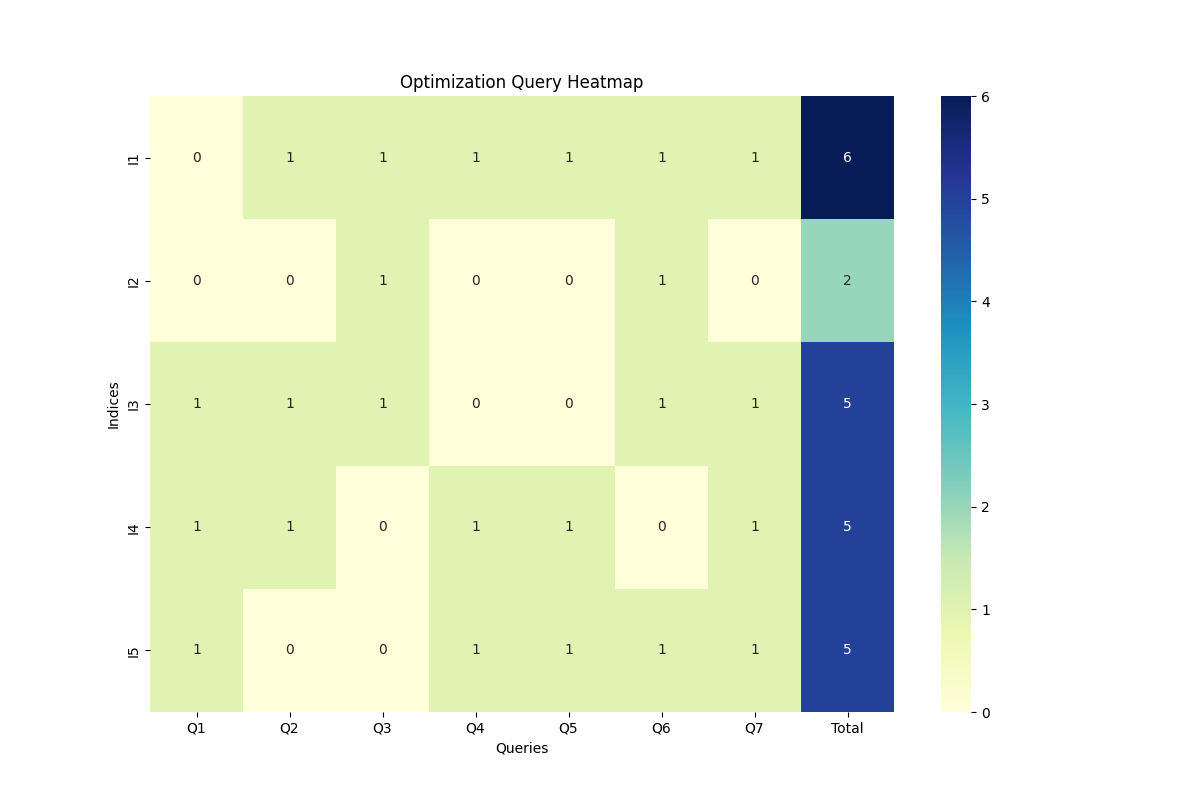
Repository: MarioPasc/Base-de-Datos-Microbiomas
Script's output: python src/mongodb_performance_analysis.py
An editor plug-in stored every save of this project. The script's output is shown before and after the next save, followed by the edit.
Random numbers start from a fixed seed.

Above is the script's output before, as saved 2024-06-03 17:33:57.

After the next save:
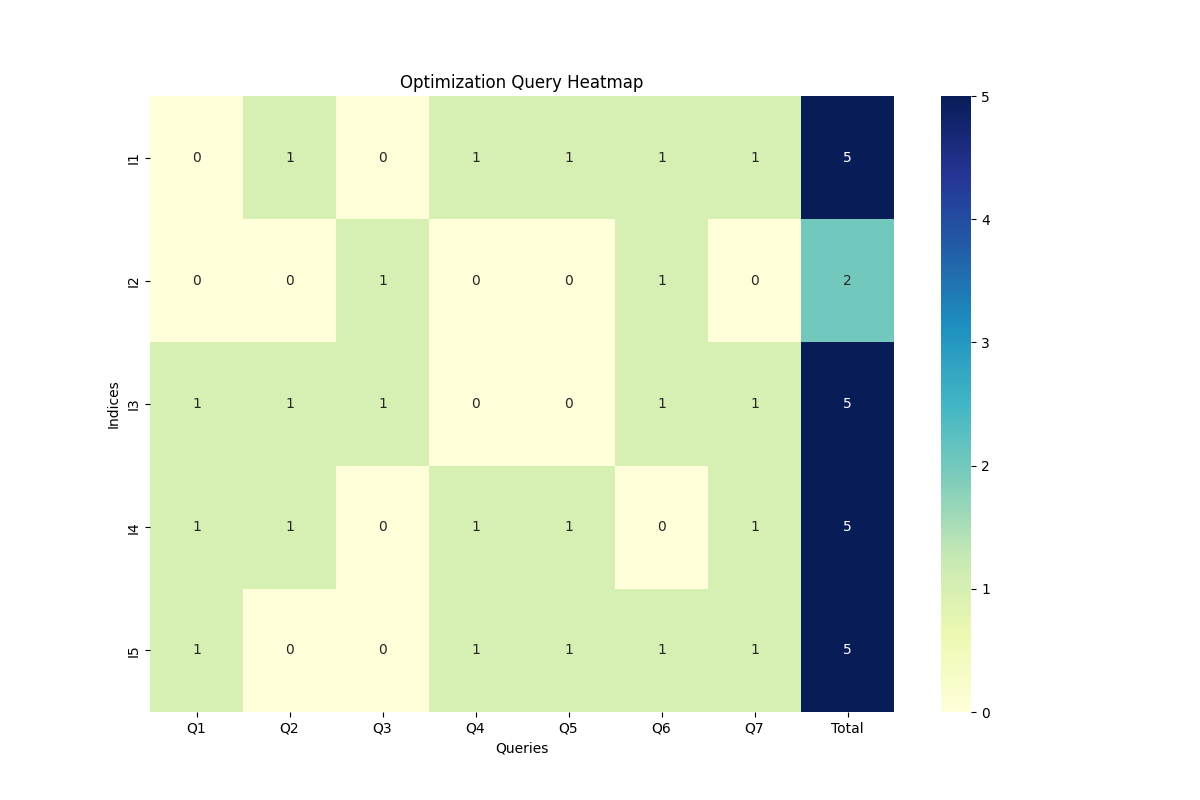
Saved 40 s later.
--- a/query_optimization/mongodb/best_times_mongodb.csv
+++ b/query_optimization/mongodb/best_times_mongodb.csv
@@ -1,7 +1,7 @@
 Query,Min_time,Indexes
 Q1,0.0554642677307128,I3+I4+I5
 Q2,0.0940334796905517,I1+I3+I4
-Q3,0.0844488143920898,I1+I2+I3
+Q3,0.0844488143920898,I2+I3
 Q4,0.0379993915557861,I1+I4+I5
 Q5,0.0573930740356445,I1+I4+I5
 Q6,0.0800921916961669,I1+I2+I3+I5
